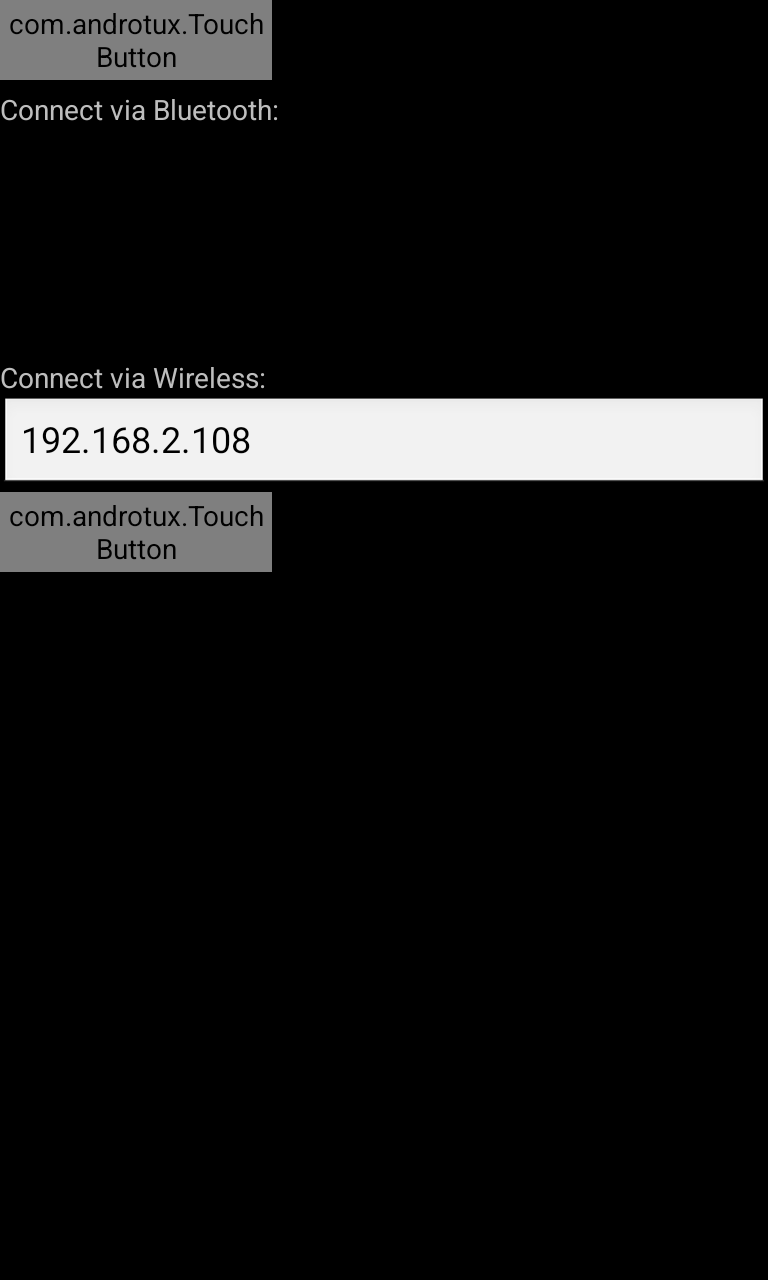
Repository: itayrom/androtux
Layout: app/AndroTux/res/layout/fragment_settings.xml
The author's editor kept a copy of each file at every save. The layout is drawn from the files as they stood at one save, then again after the next save.
Pictures or frames that could not be fetched are drawn as grey boxes. It is drawn on a 768 x 1280 px phone screen (xhdpi) without system bars, with theme android:Theme.NoTitleBar.Fullscreen; the app's code is not run. Lists and similar views that code fills are empty.

Above is the layout before, as saved 2014-09-08 22:57:47.

After the next save:
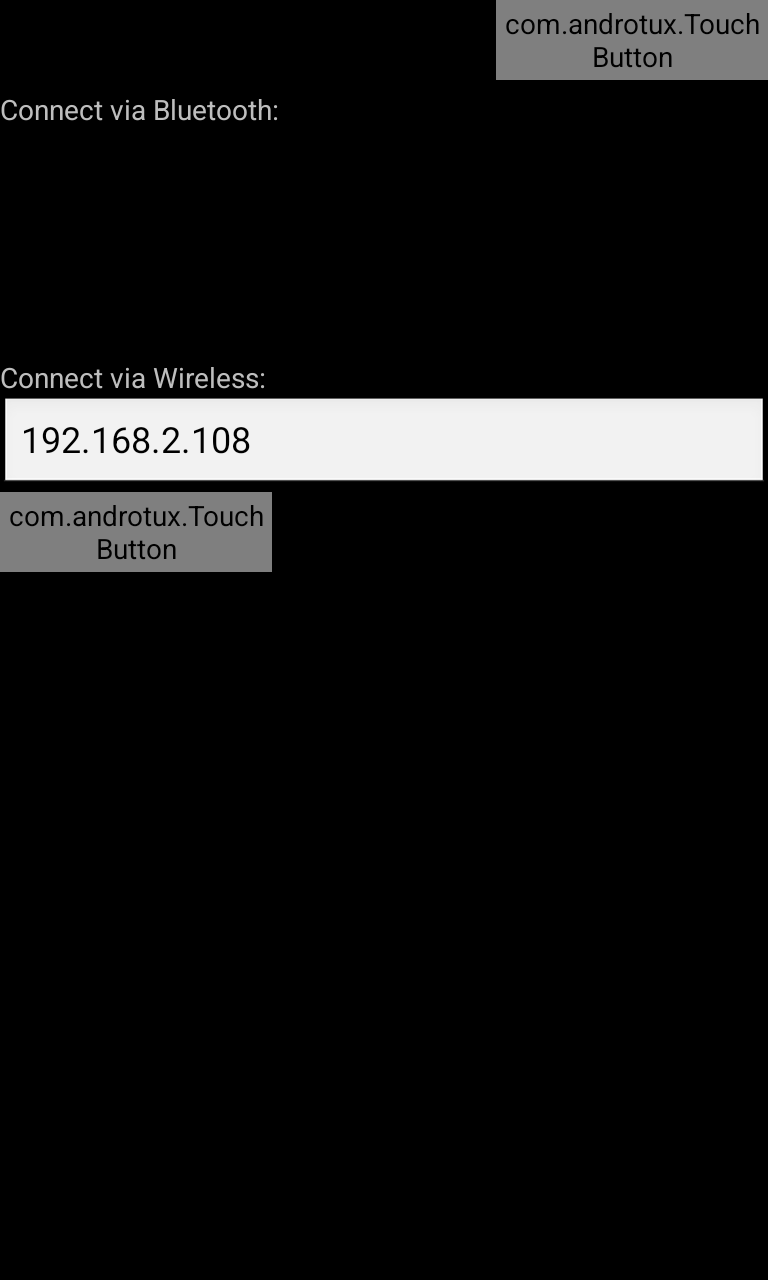
Saved 3 min 10 s later.
--- a/app/AndroTux/res/layout/fragment_settings.xml
+++ b/app/AndroTux/res/layout/fragment_settings.xml
@@ -24,7 +24,8 @@
     <LinearLayout
         android:orientation="horizontal"
         android:layout_width="match_parent"
-        android:layout_height="45dp">
+        android:layout_height="45dp"
+        android:gravity="right">
 
         <com.androtux.TouchButton
 	        android:id="@+id/btnDisconnect"
